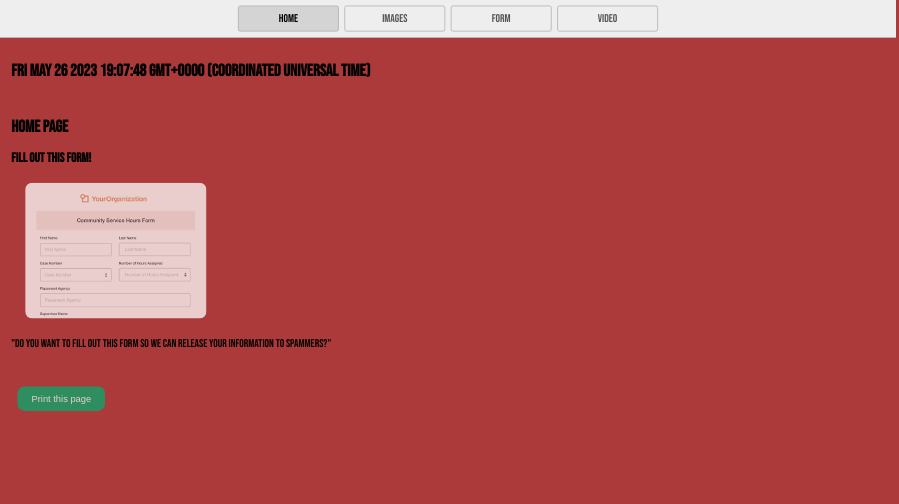
Repository: sebas6292/palmTree-Final
Page: Home.html
The author's editor kept a copy of each file at every save. The page is drawn from the files as they stood at one save, then again after the next save.
The browser window is 1280 px wide. The page is 1280 px wide, then 1284 px, then 1280 px, so the pictures cover 1284 px, including what lies to the right of the window. The pictures show the part of the page from y = 0 to 1880 px (the page is 720 px tall before and 3463 px after), at 70% of full size.

Above is the page before, as saved 2023-06-03 12:40:45.

### Home.html
<!DOCTYPE html>
<html lang="en">
  <head>
    <title>Jeff's Final</title>
    <meta charset="UTF-8" />
    <meta name="viewport" content="width=device-width" />
  <link rel="icon" href="/Assets/favicon.jpg" type="image/x-icon">
    <link rel="preconnect" href="https://fonts.googleapis.com">
    <link rel="preconnect" href="https://fonts.gstatic.com" crossorigin>
    <link href="https://fonts.googleapis.com/css2?family=Bebas+Neue&display=swap" rel="stylesheet">
    <link rel="stylesheet" href="styles.css" />
  </head>
  <body>
    <nav>
      <a href="/Home.html" aria-current="page">Home</a>
      <a href="/Images.html">Images</a>
      <a href="/Form.html">Form</a>
      <a href="/Video.html">Video</a>
    </nav>
    <main>
      <h1>
        <script>
          document.write(Date())
        </script>
        </h1>
        <br>
      <h1>Home page</h1>
      <div>
        <h3>Fill out this Form!</h3>
        <a
          href="/Form.html"
        >
          <img src="./Assets/form.png" />
        </a>
        <p>"Do you want to fill out this form so we can release your information to spammers?"</p>
      </div>
    </main>
    <button onclick="window.print()">Print this page</button>
  </body>
</html>

### styles.css
* {
    box-sizing: border-box;
  }

  body {
    margin: 0;
    font-family: 'Bebas Neue', sans-serif;
    color: black;
    background-color: white;
  }
  @keyframes body {
    0%   {background-color: white;}
    25%  {background-color: brown}
    50%  {background-color: purple;}
    100% {background-color: black;}
  }
  body {
    background-color: white;
    animation-name: body;
    animation-duration: 30s;
  }

  nav {
    display: flex;
    flex-wrap: wrap;
    align-items: center;
    justify-content: center;
    padding: 0.5rem;
    gap: 0.5rem;
    border-bottom: solid 1px #aaa;
    background-color: #eee;
  }

  nav a {
    display: inline-block;
    min-width: 9rem;
    padding: 0.5rem;
    border-radius: 0.2rem;
    border: solid 1px #aaa;
    text-align: center;
    text-decoration: none;
    color: #555;
  }

  nav a[aria-current='page'] {
    color: #000;
    background-color: #d4d4d4;
  }

  main {
    padding: 1rem;
  }

  h1 {
    font-weight: bold;
    font-size: 1.5rem;
  }
  .form-title {
    margin-left: 57px;
    color: whitesmoke;
    padding-top: 15px;
  }

  .bg-img {
    background-image: url('/Assets/pier2.jpeg');
    height: 500px;
    border-radius: 10px;
  }

  .form-container {
    position: absolute;
    margin: 0 0 0 40px;
    max-width: 400px;
    padding: 24px;
    background-color: whitesmoke;
    border-radius: 10px;
  }
  input[type=text], input[type=password], input[id=comment] {
    width: 100%;
    padding: 10px;
    border: none;
    background: #f1f1f1;
    border-radius: 5px;
  }

  button {
    background-color: #04AA6D;
    padding: 10px 20px 10px 20px;
    margin: 20px 0px 40px 25px;
    border-radius: 10px;
    cursor: pointer;
    color: white;
    border: none;
    opacity: 0.75;
  }
  button:hover {
    opacity: 1.25;
  }
  .btn {
    background-color: #04AA6D;
    color: white;
    margin-bottom: .5rem ;
    padding: 5px 0 5px 0;
    border: none;
    cursor: pointer;
    border-radius: 5px;
    width: 100%;
    opacity: 0.75;
  }
  .btn:hover {
    opacity: 1;
  }
  img {
    border-radius: 10px;
    margin: 5px 0 5px 20px;
    opacity: .75;
  }
  img:hover {
    opacity: 1;
    width: 300px;
  }
  .video-title {
   margin: 0px 0 0 20px;
   padding-top: 20px;
  }

  video {
    margin: 20px 0 0 15px;
    border-radius: 10px;
  }

After the next save:
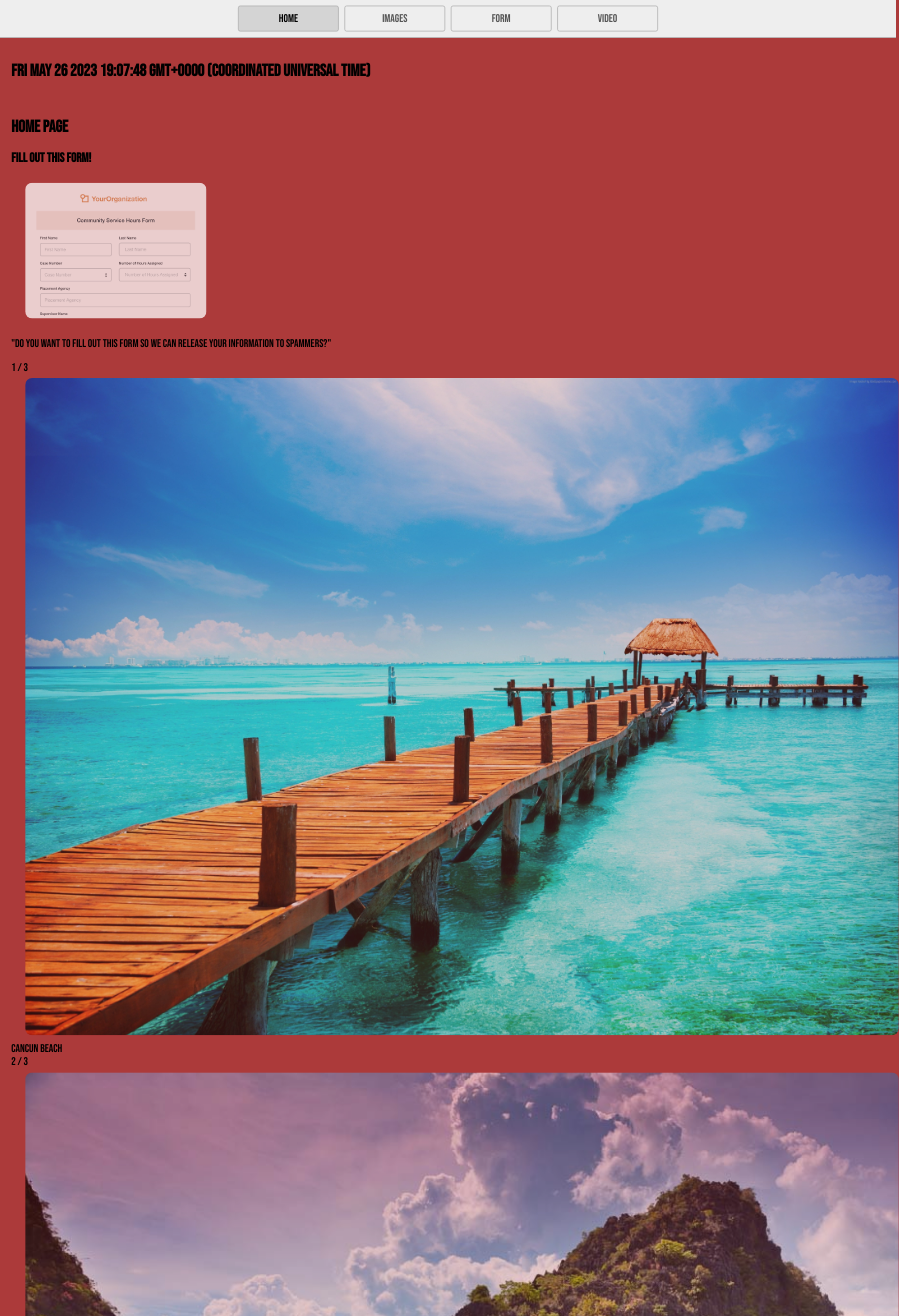
Saved 46 min 6 s later.
--- a/Home.html
+++ b/Home.html
@@ -34,6 +34,40 @@
         </a>
         <p>"Do you want to fill out this form so we can release your information to spammers?"</p>
       </div>
+      <!-- Slideshow container -->
+<div class="slideshow-container">
+
+  <!-- Full-width images with number and caption text -->
+  <div class="mySlides fade">
+    <div class="numbertext">1 / 3</div>
+    <img src="/Assets/CancunBeach.jpeg" style="width:100%">
+    <div class="text">Cancun Beach</div>
+  </div>
+
+  <div class="mySlides fade">
+    <div class="numbertext">2 / 3</div>
+    <img src="/Assets/PhilipinesBeach.jpeg" style="width:100%">
+    <div class="text">Philipines Beach</div>
+  </div>
+
+  <div class="mySlides fade">
+    <div class="numbertext">3 / 3</div>
+    <img src="/Assets/FijiBeach.jpeg" style="width:100%">
+    <div class="text">Fiji Beach</div>
+  </div>
+
+  <!-- Next and previous buttons -->
+  <a class="prev" onclick="plusSlides(-1)">&#10094;</a>
+  <a class="next" onclick="plusSlides(1)">&#10095;</a>
+</div>
+<br>
+
+<!-- The dots/circles -->
+<div style="text-align:center">
+  <span class="dot" onclick="currentSlide(1)"></span>
+  <span class="dot" onclick="currentSlide(2)"></span>
+  <span class="dot" onclick="currentSlide(3)"></span>
+</div>
     </main>
     <button onclick="window.print()">Print this page</button>
   </body>

After the save that followed:
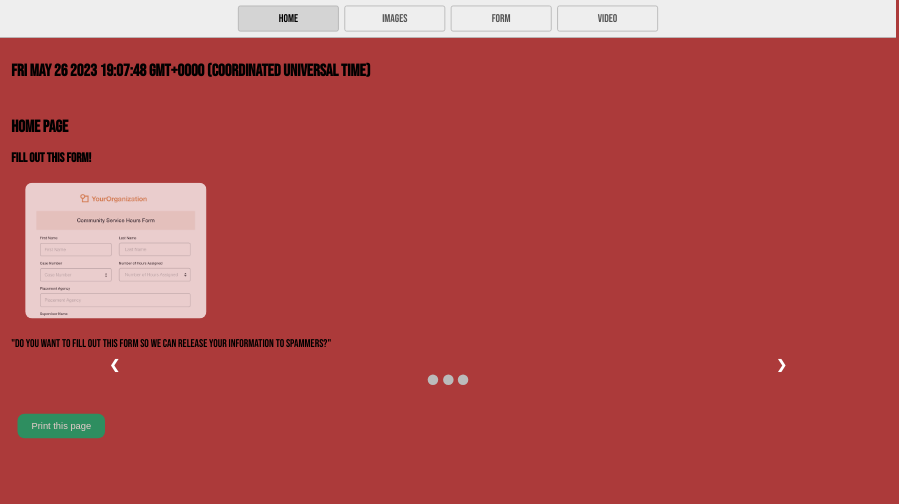
Saved 10 min 58 s later.
--- a/styles.css
+++ b/styles.css
@@ -128,3 +128,91 @@
     margin: 20px 0 0 15px;
     border-radius: 10px;
   }
+
+  * {box-sizing:border-box}
+
+/* Slideshow container */
+.slideshow-container {
+  max-width: 1000px;
+  position: relative;
+  margin: auto;
+}
+
+/* Hide the images by default */
+.mySlides {
+  display: none;
+}
+
+/* Next & previous buttons */
+.prev, .next {
+  cursor: pointer;
+  position: absolute;
+  top: 50%;
+  width: auto;
+  margin-top: -22px;
+  padding: 16px;
+  color: white;
+  font-weight: bold;
+  font-size: 18px;
+  transition: 0.6s ease;
+  border-radius: 0 3px 3px 0;
+  user-select: none;
+}
+
+/* Position the "next button" to the right */
+.next {
+  right: 0;
+  border-radius: 3px 0 0 3px;
+}
+
+/* On hover, add a black background color with a little bit see-through */
+.prev:hover, .next:hover {
+  background-color: rgba(0,0,0,0.8);
+}
+
+/* Caption text */
+.text {
+  color: #f2f2f2;
+  font-size: 15px;
+  padding: 8px 12px;
+  position: absolute;
+  bottom: 8px;
+  width: 100%;
+  text-align: center;
+}
+
+/* Number text (1/3 etc) */
+.numbertext {
+  color: #f2f2f2;
+  font-size: 12px;
+  padding: 8px 12px;
+  position: absolute;
+  top: 0;
+}
+
+/* The dots/bullets/indicators */
+.dot {
+  cursor: pointer;
+  height: 15px;
+  width: 15px;
+  margin: 0 2px;
+  background-color: #bbb;
+  border-radius: 50%;
+  display: inline-block;
+  transition: background-color 0.6s ease;
+}
+
+.active, .dot:hover {
+  background-color: #717171;
+}
+
+/* Fading animation */
+.fade {
+  animation-name: fade;
+  animation-duration: 1.5s;
+}
+
+@keyframes fade {
+  from {opacity: .4}
+  to {opacity: 1}
+}
